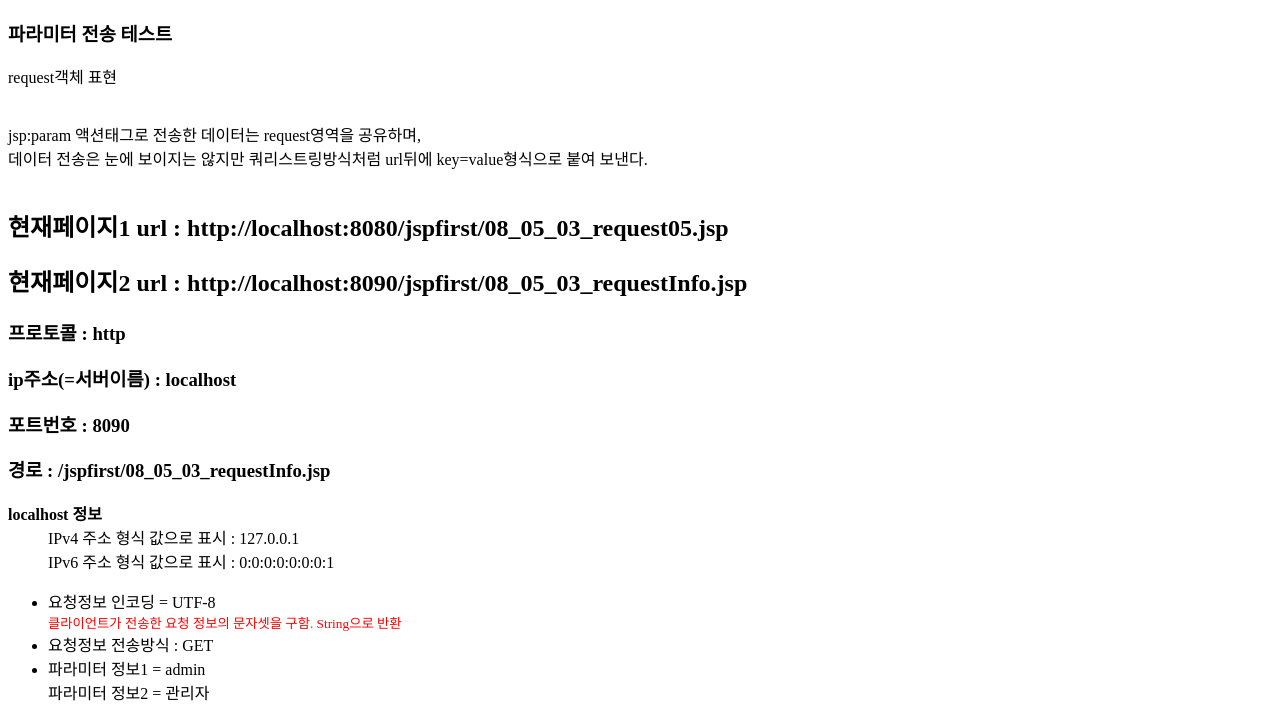
Repository: zhyuk/FullStackStudy
Page: http://localhost/jspfirst/08_05_03_request05.jsp
The author's editor kept a copy of each file at every save. The page is drawn from the files as they stood at one save, then again after the next save.
The browser window is 1280 px wide. The pictures show the whole page.
The page is served by Tomcat 9. Other server files are loaded and not shown.

Above is the page before, as saved 2024-08-28 01:49:50.

### jsp/jspwork/jspfirst/src/main/webapp/08_05_03_request05.jsp
<%@ page language="java" contentType="text/html; charset=UTF-8"
    pageEncoding="UTF-8"%>
<!DOCTYPE html>
<html>
<head>
<meta charset="UTF-8">
<title>Insert title here</title>
</head>
<body>
	<h3>파라미터 전송 테스트</h3>
	<p>request객체 표현</p><br>
	jsp:param 액션태그로 전송한 데이터는 request영역을 공유하며,<br>
	데이터 전송은 눈에 보이지는 않지만 쿼리스트링방식처럼 url뒤에 key=value형식으로 붙여 보낸다.<br><br>

	<%-- 액션태그 내에 주석 사용하지 X. 주석때문에 에러나는 경우가 있음. --%>
	<jsp:include page="08_05_03_requestInfo.jsp">
		<jsp:param name="id" value="admin"/>
		<jsp:param name="name" value='<%= java.net.URLEncoder.encode("관리자") %>'/>
	</jsp:include>
<%-- 	<jsp:param name="name" value="관리자"/> -> 받는 곳에서 디코딩 미처리 시 ??? 출력됨. --%>

<%-- 	<jsp:forward page="08_05_03_requestInfo.jsp"> --%>
<%-- 		<jsp:param name="id" value="admin"/> --%>
<%-- 		<jsp:param name="name" value='<%= java.net.URLEncoder.encode("관리자") %>'/> --%>
<%-- 	</jsp:forward>	 --%>
</body>
</html>

### jsp/jspwork/jspfirst/src/main/webapp/08_05_03_requestInfo.jsp
<%@ page language="java" contentType="text/html; charset=UTF-8"
    pageEncoding="UTF-8"%>
<% request.setCharacterEncoding("UTF-8"); %>
<!DOCTYPE html>
<html>
<head>
<meta charset="UTF-8">
<title>Insert title here</title>
</head>
<body>
	<h2>현재페이지1 url : <%= request.getRequestURL() %></h2>
	<h2>현재페이지2 url : http://localhost:8090/jspfirst/08_05_03_requestInfo.jsp</h2>
<%-- 	<h3>프로토콜 : <%= request.getProtocol() %></h3> --%>
	<h3>프로토콜 : http</h3>
<%-- 	<h3>ip주소(=서버이름) : <%= request.getServerName() %></h3> --%>
	<h3>ip주소(=서버이름) : localhost</h3>
<%-- 	<h3>포트번호 : <%= request.getServerPort() %></h3> --%>
	<h3>포트번호 : 8090</h3>
	<h3>경로 : /jspfirst/08_05_03_requestInfo.jsp</h3>
	<dl>
		<dt><strong style="font-weight:border">localhost 정보</strong></dt>
		<%-- 32비트 방식으로 ip주소 표현 --%>
		<dd>IPv4 주소 형식 값으로 표시 : 127.0.0.1</dd>
		<%-- 128비트 방식으로 ip주소 표현 --%>
		<dd>IPv6 주소 형식 값으로 표시 : 0:0:0:0:0:0:0:1</dd>
	</dl>

	<ul>
		<li>요청정보 인코딩 = <%= request.getCharacterEncoding() %><br>
			<small style="color:red">클라이언트가 전송한 요청 정보의 문자셋을 구함. String으로 반환</small>
		</li>
		<li>요청정보 전송방식 : <%= request.getMethod() %></li>
		<li>
			파라미터 정보1 = <%= request.getParameter("id") %><br>
			파라미터 정보2 = <%= java.net.URLDecoder.decode(request.getParameter("name")) %><br>
<%-- 			파라미터 정보2 = <%= request.getParameter("name") %> --%>
		</li>
	</ul>
</body>
</html>

After the next save:
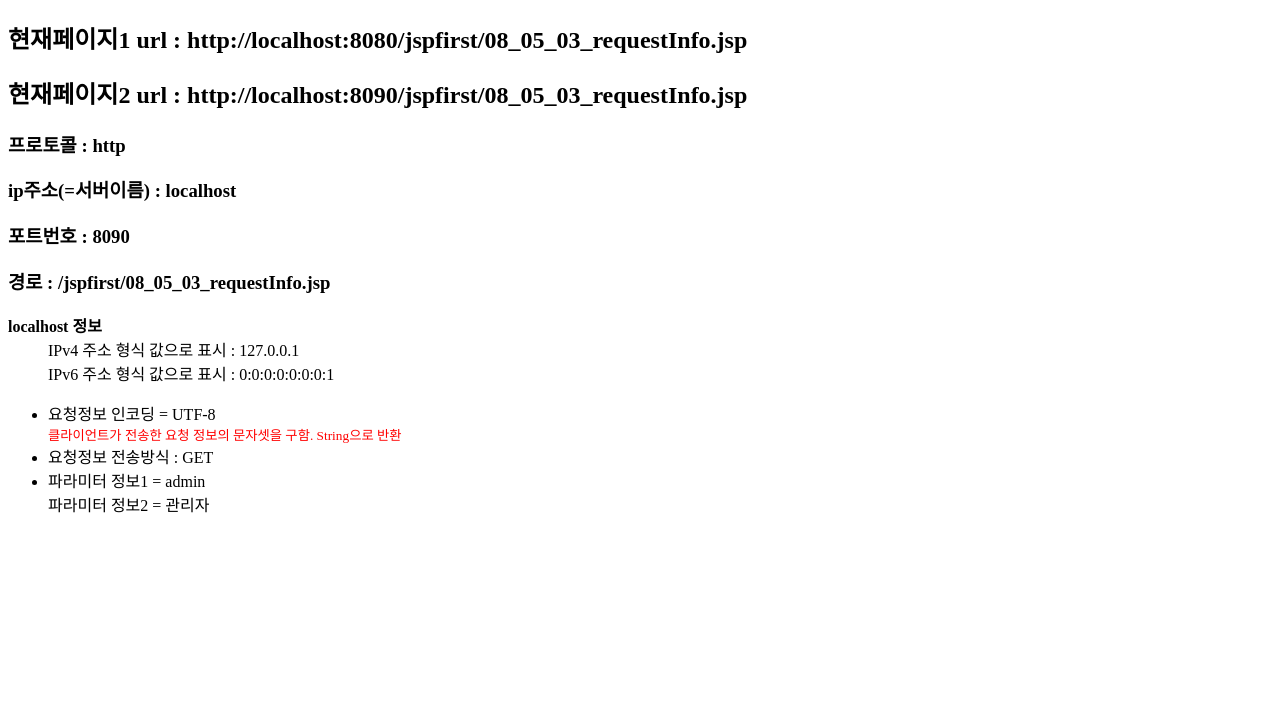
Saved 34 s later.
--- a/jsp/jspwork/jspfirst/src/main/webapp/08_05_03_request05.jsp
+++ b/jsp/jspwork/jspfirst/src/main/webapp/08_05_03_request05.jsp
@@ -13,15 +13,15 @@
 	데이터 전송은 눈에 보이지는 않지만 쿼리스트링방식처럼 url뒤에 key=value형식으로 붙여 보낸다.<br><br>
 
 	<%-- 액션태그 내에 주석 사용하지 X. 주석때문에 에러나는 경우가 있음. --%>
-	<jsp:include page="08_05_03_requestInfo.jsp">
+<%-- 	<jsp:include page="08_05_03_requestInfo.jsp"> --%>
+<%-- 		<jsp:param name="id" value="admin"/>  --%>
+<%-- 		<jsp:param name="name" value='<%= java.net.URLEncoder.encode("관리자") %>'/> --%>
+<%-- 	</jsp:include> --%>
+<%-- 	<jsp:param name="name" value="관리자"/> -> 받는 곳에서 디코딩 미처리 시 ??? 출력됨. --%>
+
+	<jsp:forward page="08_05_03_requestInfo.jsp">
 		<jsp:param name="id" value="admin"/>
 		<jsp:param name="name" value='<%= java.net.URLEncoder.encode("관리자") %>'/>
-	</jsp:include>
-<%-- 	<jsp:param name="name" value="관리자"/> -> 받는 곳에서 디코딩 미처리 시 ??? 출력됨. --%>
-
-<%-- 	<jsp:forward page="08_05_03_requestInfo.jsp"> --%>
-<%-- 		<jsp:param name="id" value="admin"/> --%>
-<%-- 		<jsp:param name="name" value='<%= java.net.URLEncoder.encode("관리자") %>'/> --%>
-<%-- 	</jsp:forward>	 --%>
+	</jsp:forward>
 </body>
 </html>
